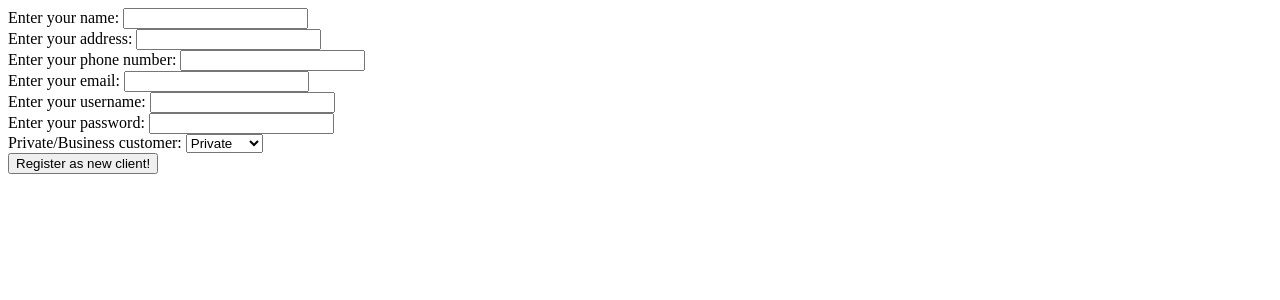
Repository: A-Mitev/E-Banking_Team_Project
Page: http://localhost/FiBank/WEB-INF/views/jsp/Register.jsp
The author's editor kept a copy of each file at every save. The page is drawn from the files as they stood at one save, then again after the next save.
The browser window is 1280 px wide. The pictures show the whole page.
The page is served by Tomcat 9. Nobody is signed in. Other server files are loaded and not shown. The template is opened directly, without the code that normally fills it, so the values that code supplies are empty.

Above is the page before, as saved 2016-04-05 15:02:45.

### FiBank/src/main/webapp/WEB-INF/views/jsp/Register.jsp
<%@page import="javax.servlet.descriptor.TaglibDescriptor"%>
<%@ page language="java" contentType="text/html; charset=UTF-8"
    pageEncoding="UTF-8"%>
<%@ taglib prefix="springForm" uri="http://www.springframework.org/tags/form" %>
<!DOCTYPE html PUBLIC "-//W3C//DTD HTML 4.01 Transitional//EN" "http://www.w3.org/TR/html4/loose.dtd">
<html>
<head>
<meta http-equiv="Content-Type" content="text/html; charset=UTF-8">
<title>Register Page</title>
</head>
<body>
	<springForm:form method="post" commandName="user">
	<label>Enter your name:</label>
	<springForm:input type="text" path="name"/>
	<br/>
	<label>Enter your address:</label>
	<springForm:input type="text" path="address"/>
	<br/>
	<label>Enter your phone number:</label>
	<springForm:input type="text" path="phone"/>
	<br/>
	<label>Enter your email:</label>
	<input type="text">
	<br/>
	<label>Enter your username:</label>
	<input type="text">
	<br/>
	<label>Enter your password:</label>
	<input type="text">
	<br/>
	<label>Private/Business customer:</label>
	<select>
	<option value="PRIVATE">Private</option>
  	<option value="BUSINESS">Business</option>
	</select>
	<br/>
	<input type="submit" value="Register as new client!">
	</springForm:form>
</body>
</html>

After the next save:
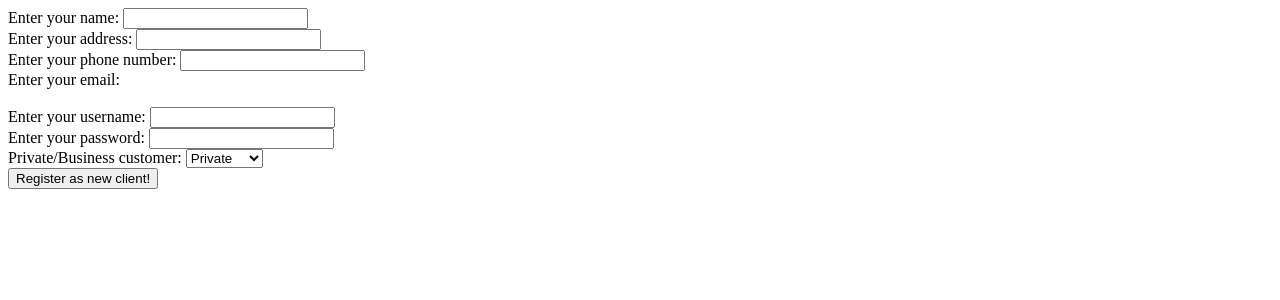
Saved 32 s later.
--- a/FiBank/src/main/webapp/WEB-INF/views/jsp/Register.jsp
+++ b/FiBank/src/main/webapp/WEB-INF/views/jsp/Register.jsp
@@ -20,7 +20,7 @@
 	<springForm:input type="text" path="phone"/>
 	<br/>
 	<label>Enter your email:</label>
-	<input type="text">
+	<springForm:form type="text" path="email"/>
 	<br/>
 	<label>Enter your username:</label>
 	<input type="text">
